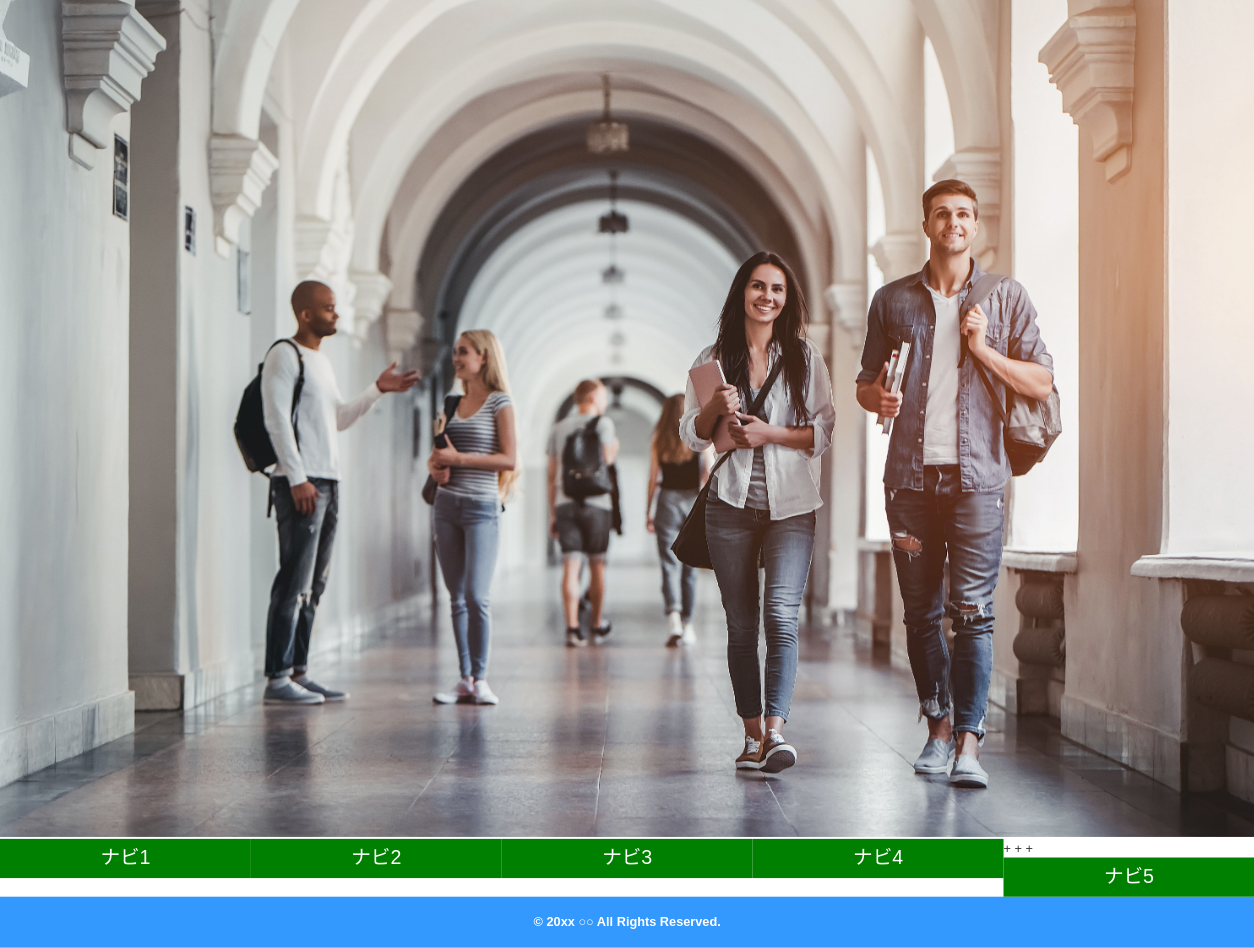
Repository: ryotaro516/Samurai_JS
Page: home1.html
The author's editor kept a record of every edit. The page is drawn from the files as they stood at one moment, then again after the next edit.
The browser window is 1280 px wide. The pictures show the whole page, at 98% of full size.

Above is the page before.

### home1.html
<!DOCTYPE html>
<html lang="ja">
    <head>
        <meta charset="UTF-8">
        <title>HTML/CSSの学習</title>
        <link rel="stylesheet" href="stylesheet.css">
    </head>
    <body>
        <div id="header">
            <h1><a href="index.html"><img id="corridor" src="images/corridor.jpg" alt="大学の廊下" /></a></h1>
        </div>
        <div id="wrapper">
        </div>
        <div id="nav">
            <ul>
                <li><a href="home1.html">ナビ1</a></li>
                <li><a href="#">ナビ2</a></li>
+               <li><a href="#">ナビ3</a></li>
+               <li><a href="#">ナビ4</a></li>
+               <li><a href="#">ナビ5</a></li>
            </ul>
        </div>
        <div id="footer">
            <p>&copy; 20xx ○○ All Rights Reserved.</p>
        </div>
    </body>
</html>

### stylesheet.css
@charset "utf-8";

body {
	margin: 0;
	padding: 0;
	font-family: "ヒラギノ角ゴ Pro W3", "Hiragino Kaku Gothic Pro", "メイリオ", Meiryo, Osaka, "ＭＳ Ｐゴシック", "MS PGothic", sans-serif;
	color: #333;
	font-size: 13px;
	line-height: 150%;
}

/* -------------------- wrapper -------------------- */
#wrapper {
    width: 100%;
    margin: auto;
    padding: 0px;
    border: 0px;
    background-color: #FFF;
    top: 10px;
}

/* -------------------- header -------------------- */
#header {
	width: 100%;
}
#header h1 {
	margin: 0;
	padding: 0;
}

#corridor {
	width: 100%;
	height: auto;
}

/* -------------------- footer -------------------- */
#footer {
	clear: both;
	width: 100%;
	padding: 3px 0 3px 0;
	background: #39F;
	color: #FFF;
	font-weight: bold;
	text-align: center;
}

/* -------------------- nav -------------------- */
#nav {
	width: 100%;
}
#nav ul {
	margin: 0;
	padding: 0;
	list-style-type: none;
}
#nav ul li {
	float: left;
	width: 20%;
	text-align: center;
}
#nav ul li a {
	display: block;
	height: 20px;
	margin: 0;
	padding: 10px;
	color: #FFF;
	font-size: 20px;
	text-decoration: none;
	background-color: green;
}

#nav ul li a:hover {
	filter: drop-shadow(10px 10px 10px black);
}

/* -------------------- container -------------------- */
#container {
	width: 100%;
	margin: auto ;
	padding: auto;
	padding-top: 20px;
	clear: both;
}
/* -------------------- main -------------------- */
#main {
	float: left;
	width: 60%;
	padding: 10px 30px 10px 10px;
}
#main h2 {
	margin: 0 0 10px 0;
	padding: 3px 10px 3px 10px;
	color: #FFF;
	font-size: 16px;
	border-left: solid 10px #C00;
	background: #F90 url(../images/main_h2.jpg) right top repeat-y;
}
#main p {
	margin: 0;
	padding: 0;
}
#main .post {
	margin: 0 0 30px 0;
}
#main .post img.right {
	margin: 0 0 0 8px;
}
#main .post img.left {
	margin: 0 8px 0 0;
}

.right {
	float: right;
	width: 40%;
	height: auto;
}
.left {
	float: left;
	width: 40%;
	height: auto;
}

/* -------------------- clearfix -------------------- */
.clearfix {
	zoom: 1;
}
.clearfix:after{
	content: "";
	display: block;
	clear: both;
}

/* -------------------- side -------------------- */
#side {
	float: right;
	width: 30%;
	padding: 20px;
	background-color: #F99;
}
#side .box {
	margin: 0 auto 30px auto;
	padding: 0 0 20px 0;
	background: url(images/side_box.png) bottom no-repeat;
}
#side .box h2 {
	margin: 0;
	padding: 8px;
	text-align: center;
	color: #fff;
	font-size: 16px;
	line-height: 16px;
	font-weight: normal;
	background: url(images/side_box_h2.png) center no-repeat;
}
#side .box .boxBody {
	padding: 8px;
	border-right: solid 1px #C36;
	border-bottom:solid 1px #C36;
	border-left: solid 1px #C36;
	background: #fff;
}
#side .box .boxBody ul {
	margin: 0 0 16px 0;
	padding: 0;
}
#side .box .boxBody ul li {
	padding: 8px 0 8px 4px;
	list-style: none;
	border-bottom: solid 1px #C36;
}

#side .box .boxBody ul li:hover {
	padding: 8px 0 8px 4px;
	list-style: none;
	border-bottom: solid 1px #C36;
	box-shadow: 0px 4px 4px rgba(0, 0, 0, 0.3);
}

After the next edit:
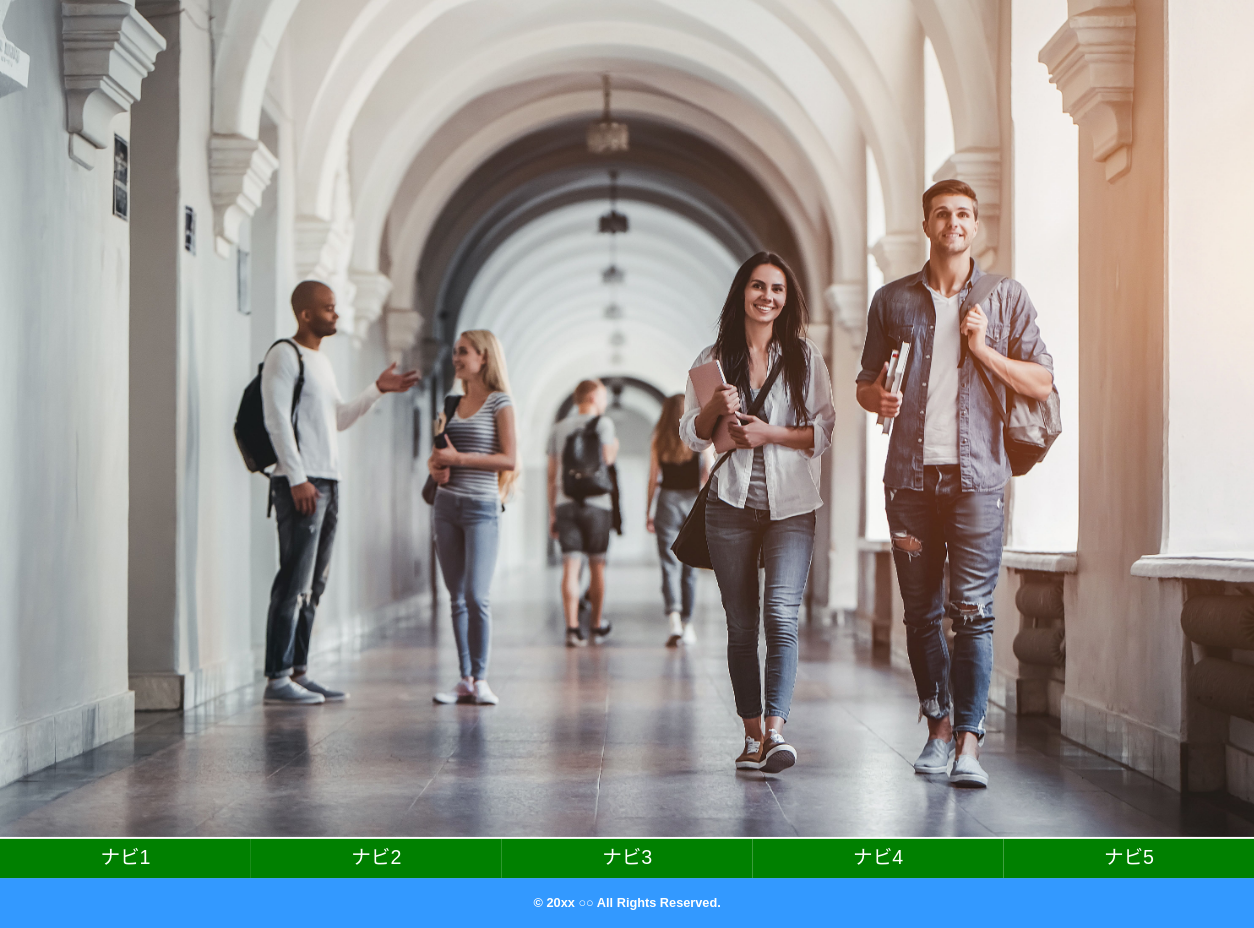
The edit:
--- a/home1.html
+++ b/home1.html
@@ -15,9 +15,9 @@
             <ul>
                 <li><a href="home1.html">ナビ1</a></li>
                 <li><a href="#">ナビ2</a></li>
-+               <li><a href="#">ナビ3</a></li>
-+               <li><a href="#">ナビ4</a></li>
-+               <li><a href="#">ナビ5</a></li>
+                <li><a href="#">ナビ3</a></li>
+                <li><a href="#">ナビ4</a></li>
+                <li><a href="#">ナビ5</a></li>
             </ul>
         </div>
         <div id="footer">
